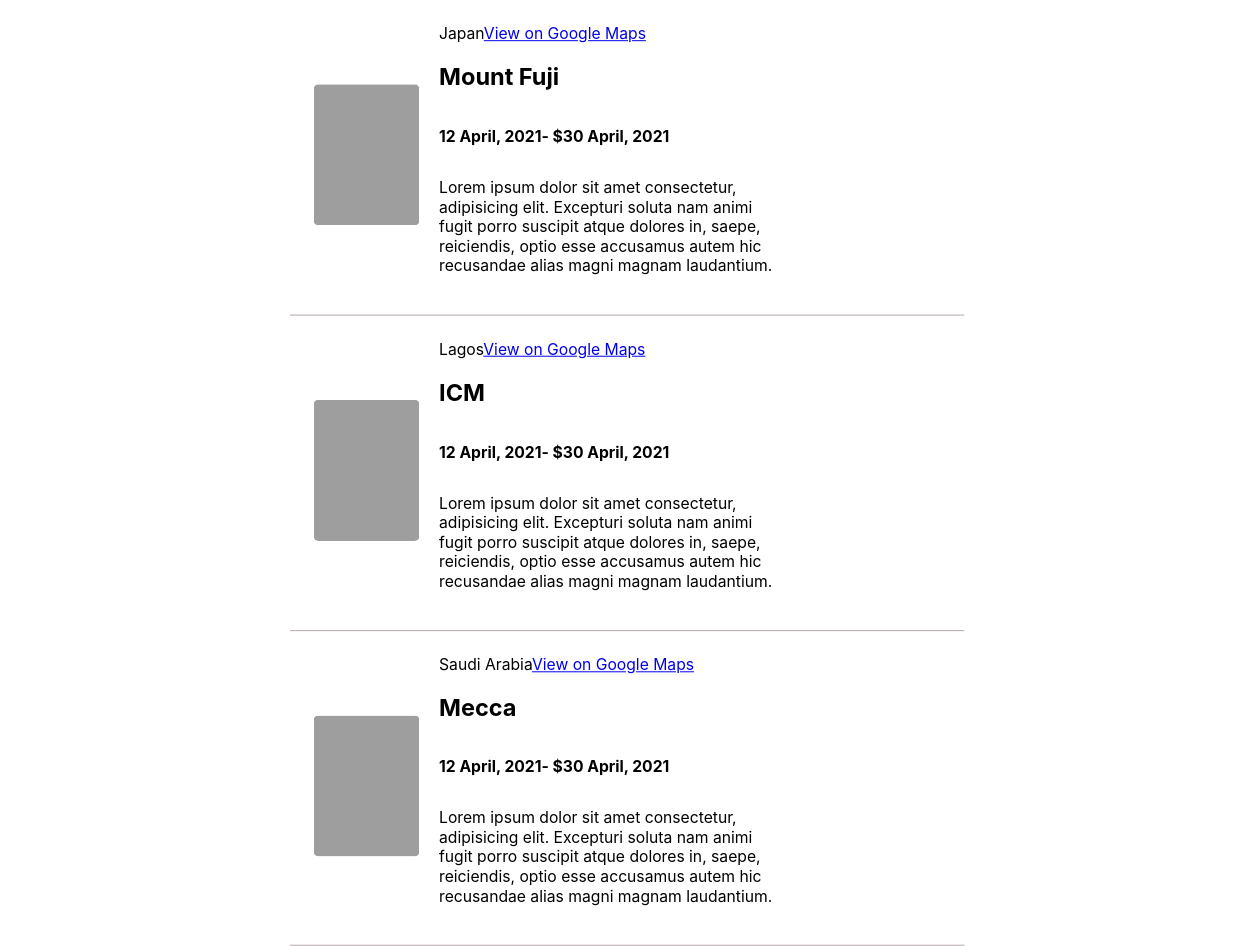
Repository: BuduCE/travel-journal
Page: /
The author's editor kept a copy of each file at every save. The page is drawn from the files as they stood at one save, then again after a run of saves.
The browser window is 1280 px wide. The pictures show the whole page, at 98% of full size.
Pictures or frames that could not be fetched are drawn as grey boxes. The project was rebuilt for these pictures with package versions that can differ from the ones it lists, and the page was loaded fresh each time. Also part of the build but not shown: src/components/Home/styles.css, src/components/Home/index.jsx.

Above is the page before, as saved 2022-08-25 12:38:32.

After the next 2 saves:
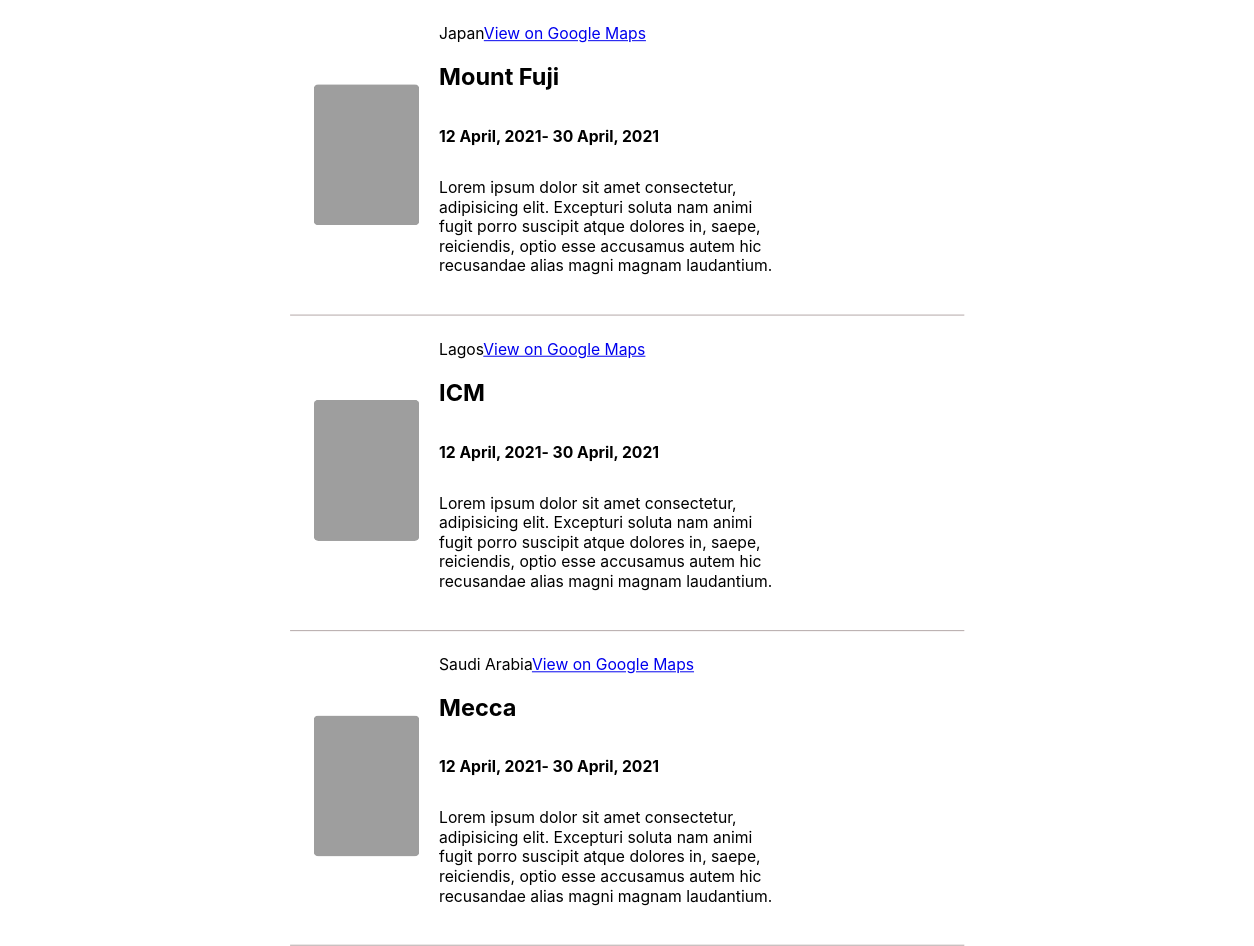
The 2 saves are shown as one change because they came seconds apart.
The last was saved 14 s later.
--- a/src/components/Tour/index.jsx
+++ b/src/components/Tour/index.jsx
@@ -20,7 +20,7 @@
         <h2>{props.title}</h2>
         <div className="tour-data">
           <p><b>{props.startDate}</b></p>
-          <p><b>- ${props.endDate}</b></p>
+          <p><b>- {props.endDate}</b></p>
         </div>
 
         <p className='tour-desc'>
